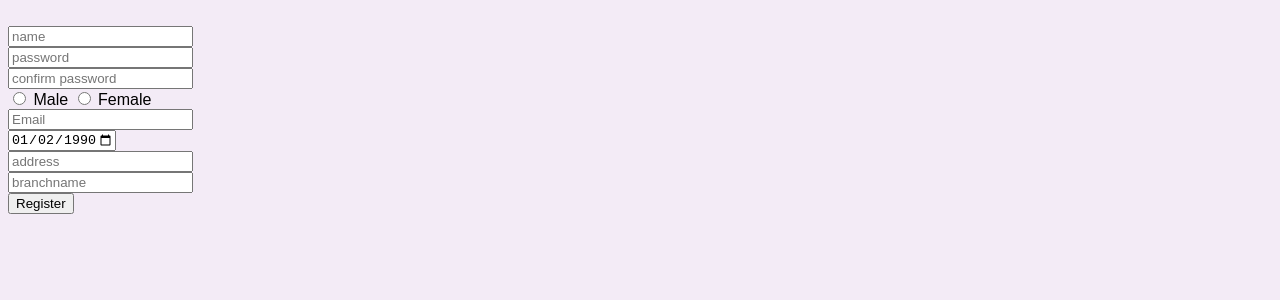
Repository: anujs099/bankingapp
Page: banking-application-final/WebContent/Register.html
An editor plug-in stored every save of this project. The page is shown before and after the next save, followed by the edit.
The browser window is 1280 px wide. The pictures show the whole page.

Above is the page before, as saved 2021-03-04 13:38:03.

After the next save:
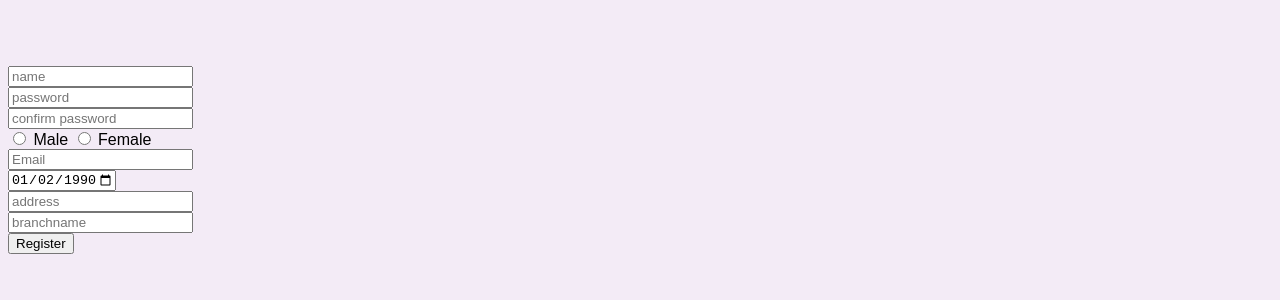
Saved 23 s later.
--- a/banking-application-final/WebContent/Register.html
+++ b/banking-application-final/WebContent/Register.html
@@ -7,7 +7,7 @@
 </head>
 <body>
 <div class="container">
-<Form action="registerservlet" method="post"><br>
+<Form action="registerservlet" method="post" class="form1"><br>
 <input type="text" placeholder="name" name="firstname"><br>
 <input type="password" placeholder="password" name="password"><br>
 <input type="password" placeholder="confirm password"><br>
